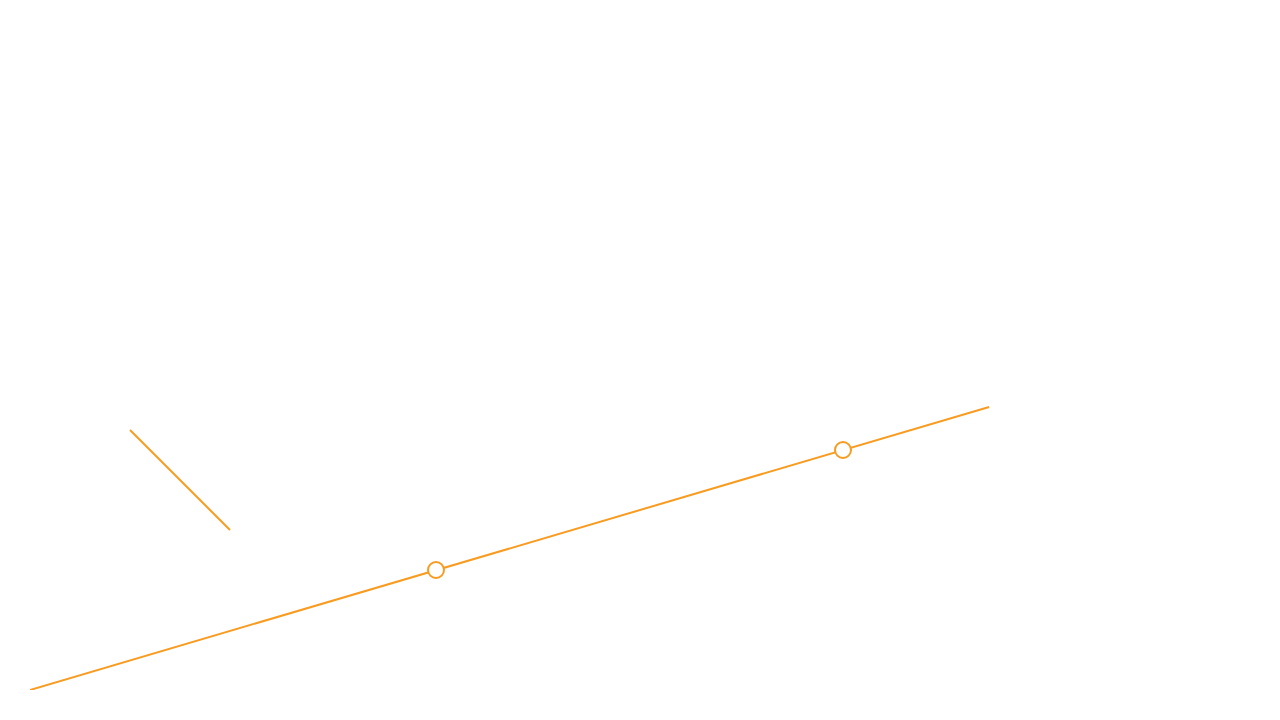
Repository: alinlinbo/yanling-resume-site
Page: svg.html
These files come from the project's save history. The page is drawn as it stood at one moment and after the next save; the edit follows.
The browser window is 1280 px wide. The pictures show the whole page.

Above is the page before, as saved 2023-09-22 17:26:59.

After the next save:
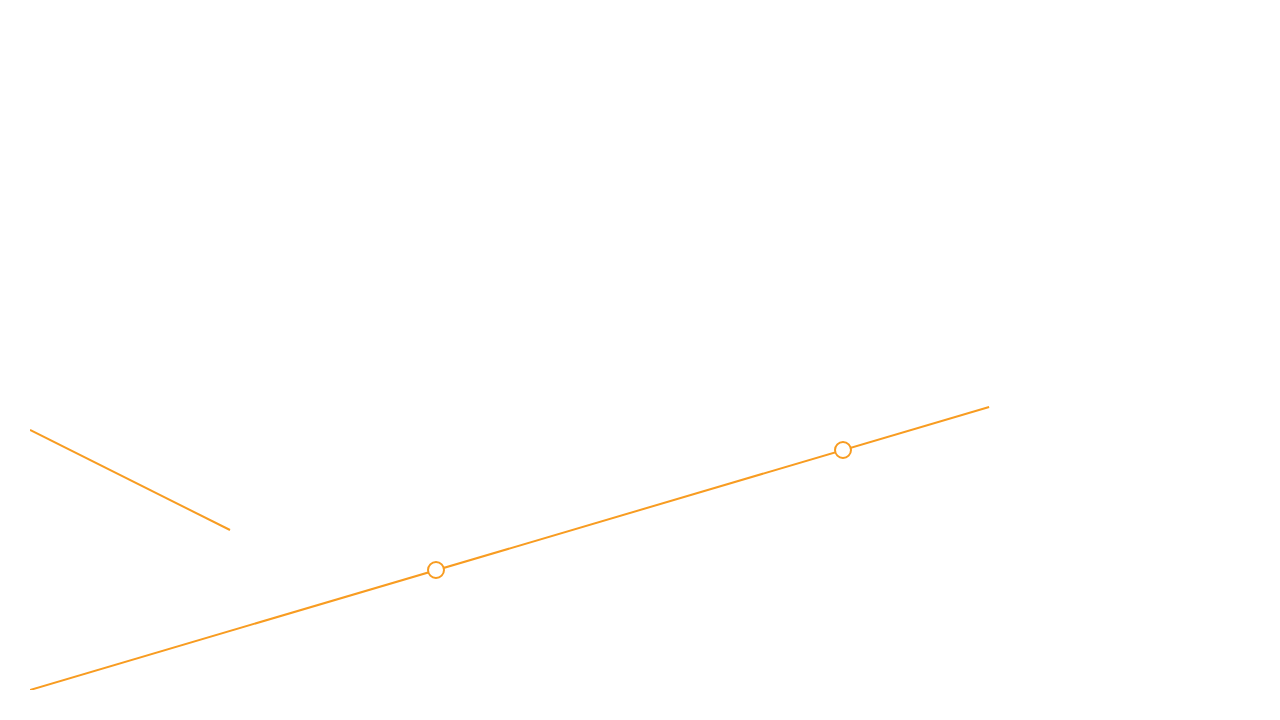
Saved 19 s later.
--- a/svg.html
+++ b/svg.html
@@ -50,7 +50,7 @@
         <svg>
             <!-- 三段直线 -->
             <path class="line" id="line" d="" stroke="#F89C21" stroke-width="2" fill="none" />
-            <path class="line" d="M 100 100 L 200 200" stroke="#F89C21" stroke-width="2" fill="none" />
+            <path class="line" d="M 0 100 L 200 200" stroke="#F89C21" stroke-width="2" fill="none" />
             <!-- 两个间隔小圆点 -->
             <circle class="d-none" id="c1" cx="200" cy="50" r="8" stroke="#F89C21" stroke-width="2" fill="white" />
             <circle class="d-none" id="c2" cx="100" cy="50" r="8" stroke="#F89C21" stroke-width="2" fill="white" />
